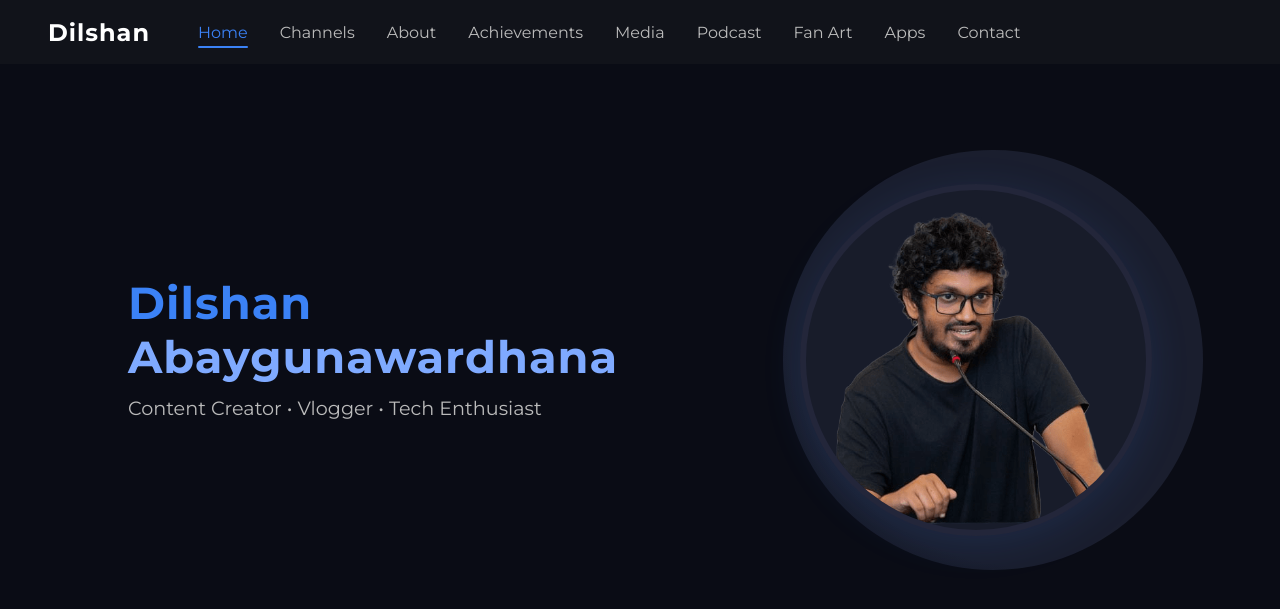
Repository: notyourclose/https-github.com-notyourclose-dilshan-abeygunawardana5
Page: index.html
An editor plug-in stored every save of this project. The page is shown before and after the next save, followed by the edit.
The browser window is 1280 px wide. The pictures show the whole page.

Above is the page before, as saved 2025-05-14 14:30:55.

### index.html
<!DOCTYPE html>
<html lang="en">
<head>
    <meta charset="UTF-8">
    <meta name="viewport" content="width=device-width, initial-scale=1.0">
    <title>Dilshan Abeygunawardana | Portfolio</title>
    <link href="https://fonts.googleapis.com/css2?family=Montserrat:wght@700;400&display=swap" rel="stylesheet">
    <style>
        body {
            font-family: 'Montserrat', Arial, sans-serif;
            background: #0a0c15;
            margin: 0;
            padding: 0;
            min-height: 100vh;
            color: #fff;
        }
        .navbar {
            width: 100%;
            background: #11131a;
            display: flex;
            align-items: center;
            padding: 0 48px;
            height: 64px;
            box-sizing: border-box;
            position: fixed;
            top: 0;
            left: 0;
            z-index: 100;
        }
        .navbar .logo {
            font-weight: 700;
            font-size: 1.5rem;
            color: #fff;
            margin-right: 48px;
            letter-spacing: 1px;
        }
        .navbar nav {
            display: flex;
            gap: 32px;
        }
        .navbar nav a {
            color: #bbb;
            text-decoration: none;
            font-size: 1rem;
            font-weight: 500;
            transition: color 0.2s;
            position: relative;
        }
        .navbar nav a.active,
        .navbar nav a:hover {
            color: #3b82f6;
        }
        .navbar nav a.active::after {
            content: '';
            display: block;
            width: 100%;
            height: 2px;
            background: #3b82f6;
            border-radius: 2px;
            position: absolute;
            bottom: -6px;
            left: 0;
        }
        .main-section {
            display: flex;
            align-items: center;
            justify-content: space-between;
            min-height: 100vh;
            padding: 0 10vw;
            box-sizing: border-box;
            position: relative;
        }
        .left-content {
            flex: 1;
            display: flex;
            flex-direction: column;
            justify-content: center;
            z-index: 2;
            animation: fadeInLeft 1.2s cubic-bezier(.77,0,.18,1) 0.2s both;
        }
        .main-title {
            font-size: 2.8rem;
            font-weight: 700;
            margin: 0 0 12px 0;
            color: #3b82f6;
            letter-spacing: 1px;
        }
        .main-title span {
            display: block;
            color: #7faaff;
        }
        .roles {
            font-size: 1.2rem;
            color: #bbb;
            margin-bottom: 24px;
            font-weight: 400;
        }
        .right-content {
            flex: 1;
            display: flex;
            justify-content: flex-end;
            align-items: center;
            z-index: 2;
            animation: fadeInRight 1.2s cubic-bezier(.77,0,.18,1) 0.4s both;
        }
        .profile-img {
            width: 340px;
            height: 340px;
            object-fit: cover;
            border-radius: 50%;
            background: #181c2a;
            border: 6px solid #23263a;
            box-shadow: 0 8px 40px 0 rgba(59,130,246,0.12);
        }
        .circle-bg {
            position: absolute;
            right: 6vw;
            top: 50%;
            transform: translateY(-50%);
            width: 420px;
            height: 420px;
            background: radial-gradient(circle at 60% 40%, #1a1e2e 70%, transparent 100%);
            border-radius: 50%;
            z-index: 1;
        }
        @keyframes fadeInLeft {
            from { opacity: 0; transform: translateX(-60px); }
            to { opacity: 1; transform: translateX(0); }
        }
        @keyframes fadeInRight {
            from { opacity: 0; transform: translateX(60px); }
            to { opacity: 1; transform: translateX(0); }
        }
        @media (max-width: 900px) {
            .main-section {
                flex-direction: column;
                padding: 100px 4vw 0 4vw;
            }
            .right-content, .left-content {
                justify-content: center;
                align-items: center;
                text-align: center;
            }
            .circle-bg {
                display: none;
            }
        }
    </style>
</head>
<body>
    <div class="navbar">
        <div class="logo">Dilshan</div>
        <nav>
            <a href="#" class="active">Home</a>
            <a href="#">Channels</a>
            <a href="#">About</a>
            <a href="#">Achievements</a>
            <a href="#">Media</a>
            <a href="#">Podcast</a>
            <a href="#">Fan Art</a>
            <a href="#">Apps</a>
            <a href="#">Contact</a>
        </nav>
    </div>
    <div class="main-section">
        <div class="left-content">
            <div class="main-title">Dilshan <span>Abaygunawardhana</span></div>
            <div class="roles">Content Creator &bull; Vlogger &bull; Tech Enthusiast</div>
        </div>
        <div class="right-content">
            <img src="dilshanabeygunawardananetworth2.png" alt="Dilshan Abeygunawardana" class="profile-img">
        </div>
        <div class="circle-bg"></div>
    </div>
</body>
</html>

After the next save:
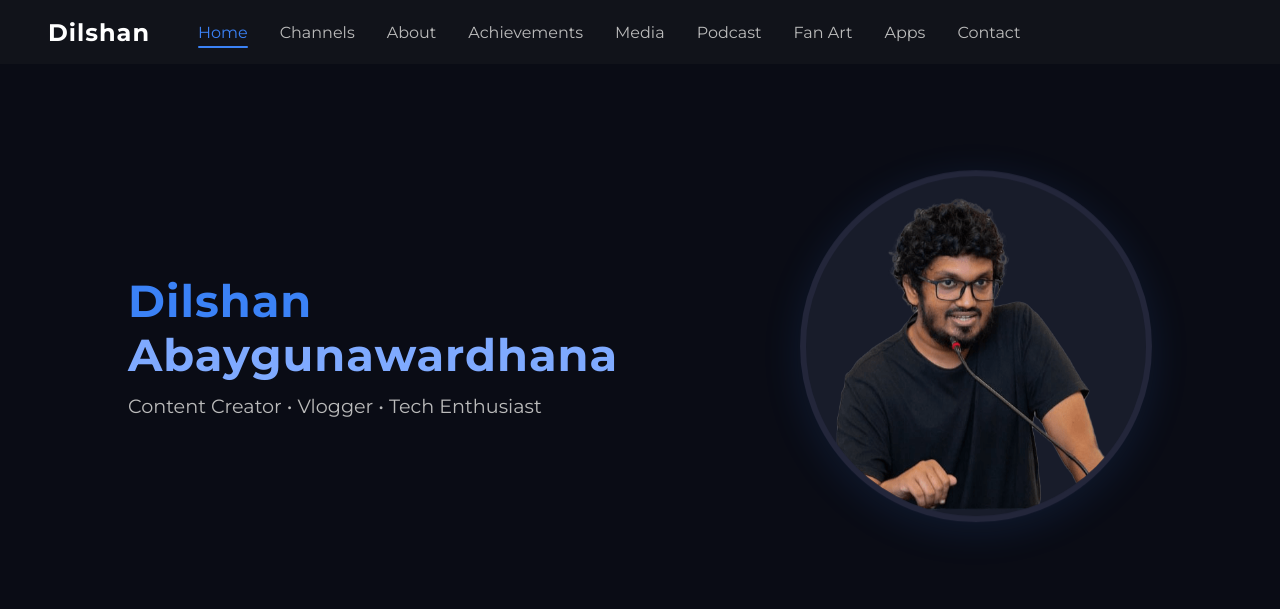
Saved 5 min 47 s later.
--- a/index.html
+++ b/index.html
@@ -94,6 +94,8 @@
             color: #bbb;
             margin-bottom: 24px;
             font-weight: 400;
+            min-height: 28px;
+            white-space: pre;
         }
         .right-content {
             flex: 1;
@@ -111,17 +113,7 @@
             background: #181c2a;
             border: 6px solid #23263a;
             box-shadow: 0 8px 40px 0 rgba(59,130,246,0.12);
-        }
-        .circle-bg {
-            position: absolute;
-            right: 6vw;
-            top: 50%;
-            transform: translateY(-50%);
-            width: 420px;
-            height: 420px;
-            background: radial-gradient(circle at 60% 40%, #1a1e2e 70%, transparent 100%);
-            border-radius: 50%;
-            z-index: 1;
+            animation: float 3s ease-in-out infinite;
         }
         @keyframes fadeInLeft {
             from { opacity: 0; transform: translateX(-60px); }
@@ -130,6 +122,10 @@
         @keyframes fadeInRight {
             from { opacity: 0; transform: translateX(60px); }
             to { opacity: 1; transform: translateX(0); }
+        }
+        @keyframes float {
+            0%, 100% { transform: translateY(0); }
+            50% { transform: translateY(-18px); }
         }
         @media (max-width: 900px) {
             .main-section {
@@ -140,9 +136,6 @@
                 justify-content: center;
                 align-items: center;
                 text-align: center;
-            }
-            .circle-bg {
-                display: none;
             }
         }
     </style>
@@ -165,12 +158,25 @@
     <div class="main-section">
         <div class="left-content">
             <div class="main-title">Dilshan <span>Abaygunawardhana</span></div>
-            <div class="roles">Content Creator &bull; Vlogger &bull; Tech Enthusiast</div>
+            <div class="roles" id="roles"></div>
         </div>
         <div class="right-content">
             <img src="dilshanabeygunawardananetworth2.png" alt="Dilshan Abeygunawardana" class="profile-img">
         </div>
-        <div class="circle-bg"></div>
     </div>
+    <script>
+        // Typewriter effect for roles
+        const rolesText = 'Content Creator • Vlogger • Tech Enthusiast';
+        const rolesElem = document.getElementById('roles');
+        let i = 0;
+        function typeWriter() {
+            if (i <= rolesText.length) {
+                rolesElem.textContent = rolesText.substring(0, i);
+                i++;
+                setTimeout(typeWriter, 40);
+            }
+        }
+        typeWriter();
+    </script>
 </body>
 </html>
